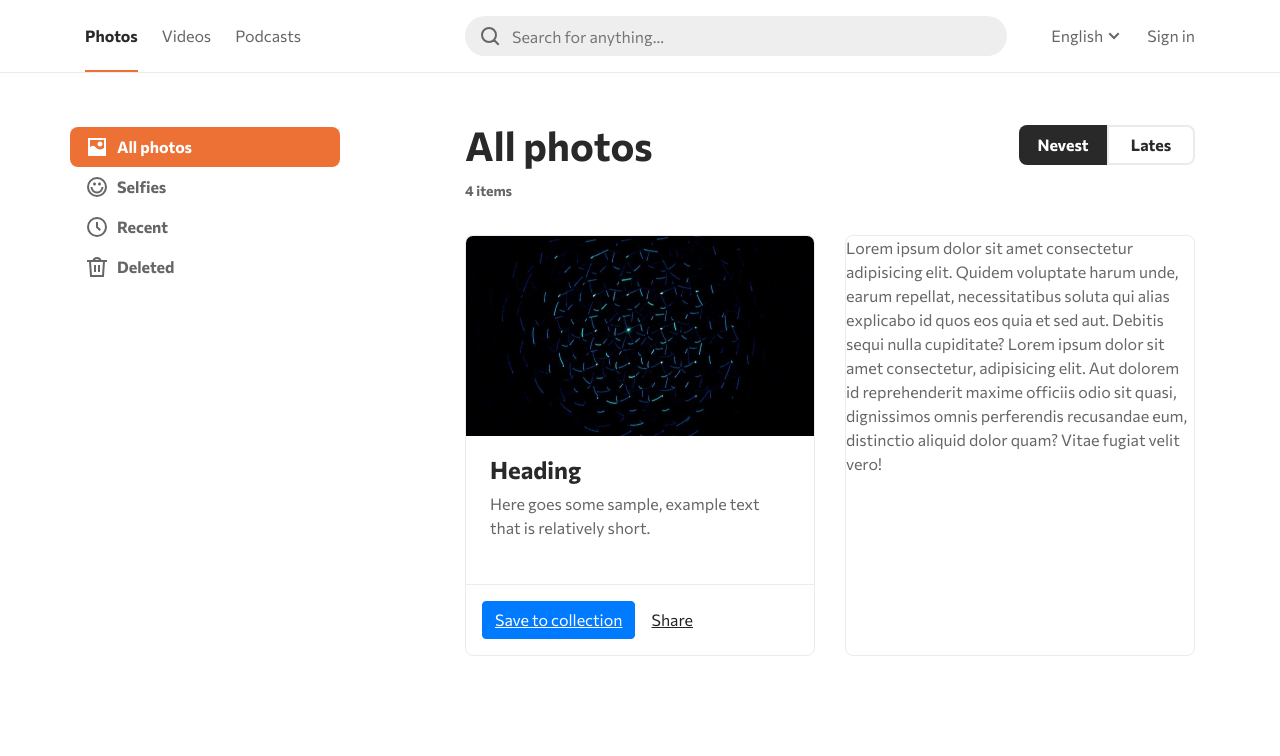
Repository: densavi/djinni
Page: index.html
The author's editor kept a copy of each file at every save. The page is drawn from the files as they stood at one save, then again after the next save.
The browser window is 1280 px wide. The pictures show the whole page.
Some web libraries are served in a nearby version. The style sheet was rebuilt from its Sass, Less or Tailwind sources for each picture, by a compiler version that may differ from the author's.

Above is the page before, as saved 2023-04-11 10:06:36.

### index.html
<!DOCTYPE html>
<html lang="en">
<head>
  <meta charset="UTF-8">
  <meta http-equiv="X-UA-Compatible" content="IE=edge">
  <meta name="viewport" content="width=device-width, initial-scale=1.0">
  <title>Photos</title>
  <link rel="stylesheet" href="https://cdn.jsdelivr.net/npm/bootstrap@4.6.2/dist/css/bootstrap.min.css" integrity="sha384-xOolHFLEh07PJGoPkLv1IbcEPTNtaed2xpHsD9ESMhqIYd0nLMwNLD69Npy4HI+N" crossorigin="anonymous">
  <link rel="stylesheet" href="css/style.css">
</head>
<body>

  <header class="header">
    <div class="container">
      <div class="row d-flex justify-content-between align-items-center">
        <div class="col-3">
          <button class="open-menu"><span></span></button>
          <nav class="header__nav">
            <ul class="nav">
              <li class="nav-item">
                <a class="nav-link active" aria-current="page" href="#">Photos</a>
              </li>
              <li class="nav-item">
                <a class="nav-link" href="#">Videos</a>
              </li>
              <li class="nav-item">
                <a class="nav-link" href="#">Podcasts</a>
              </li>
            </ul>
          </nav>
        </div>
        <div class="col-8 d-flex align-items-center justify-content-end">
          <label for="search" class="header__search">
            <img src="img/search.svg" alt="Search">
            <input type="search" placeholder="Search for anything...">
          </label>
          <div class="dropdown show">
            <a class="header__lang-link" href="#" role="button" id="dropdownMenuLink" data-toggle="dropdown" aria-haspopup="true" aria-expanded="false">
              English
              <svg width="12" height="8" viewBox="0 0 12 8" fill="none" xmlns="http://www.w3.org/2000/svg">
                <path d="M2 2L6 6L10 2" stroke="#666666" stroke-width="2" stroke-linecap="square"/>
              </svg>
            </a>

            <div class="dropdown-menu" aria-labelledby="dropdownMenuLink">
              <a class="dropdown-item" href="#">Ukraine</a>
              <a class="dropdown-item" href="#">Polish</a>
            </div>
          </div>
          <a href="#" class="header__sign-in">Sign in</a>
        </div>
      </div>
    </div>
  </header>


  <div class="wrapper">
    <div class="container">
      <div class="row d-flex justify-content-between">
        <div class="col-3 sidebar">
          <ul class="nav sidebar__tabs">
            <li class="sidebar__item">
              <a class="d-flex align-items-center sidebar__link active" data-toggle="tab" href="#all-photos">
                <svg width="24" height="24" viewBox="0 0 24 24" fill="none" xmlns="http://www.w3.org/2000/svg">
                  <path d="M15 6.5C13.6193 6.5 12.5 7.61929 12.5 9C12.5 10.3807 13.6193 11.5 15 11.5C16.3807 11.5 17.5 10.3807 17.5 9C17.5 7.61929 16.3807 6.5 15 6.5Z" fill="#666666"/>
                  <path fill-rule="evenodd" clip-rule="evenodd" d="M3 3H21V21H18.5266L18.4945 21.0002H5.5L5.46787 21H3V3ZM19 12.8362C17.8552 13.898 16.7044 14.4537 15 14.4537C13.0944 14.4537 11.6208 13.2859 10.1527 11.7048C9.15108 10.6262 7.51491 10.4335 6.29018 11.25L6.26758 11.2651L5 12.2134V5H19V12.8362Z" fill="#666666"/>
                </svg>
                All photos
              </a>
            </li>
            <li class="sidebar__item">
              <a class="d-flex align-items-center sidebar__link" data-toggle="tab" href="#selfies">
                <svg width="24" height="24" viewBox="0 0 24 24" fill="none" xmlns="http://www.w3.org/2000/svg">
                  <path d="M17.5 12C17.5 15.0376 15.0376 17.5 12 17.5C8.96243 17.5 6.5 15.0376 6.5 12M21 12C21 16.9706 16.9706 21 12 21C7.02944 21 3 16.9706 3 12C3 7.02944 7.02944 3 12 3C16.9706 3 21 7.02944 21 12Z" stroke="#666666" class="hover-fill" stroke-width="2"/>
                  <path d="M11 9C11 9.82843 10.3284 10.5 9.5 10.5C8.67157 10.5 8 9.82843 8 9C8 8.17157 8.67157 7.5 9.5 7.5C10.3284 7.5 11 8.17157 11 9Z" fill="#666666"/>
                  <path d="M16 9C16 9.82843 15.3284 10.5 14.5 10.5C13.6716 10.5 13 9.82843 13 9C13 8.17157 13.6716 7.5 14.5 7.5C15.3284 7.5 16 8.17157 16 9Z" fill="#666666"/>
                </svg>
                Selfies
              </a>
            </li>
            <li class="sidebar__item">
              <a class="d-flex align-items-center sidebar__link" data-toggle="tab" href="#recent">
                <svg width="24" height="24" viewBox="0 0 24 24" fill="none" xmlns="http://www.w3.org/2000/svg">
                  <path d="M12 8V12L14.5 14.5M21 12C21 16.9706 16.9706 21 12 21C7.02944 21 3 16.9706 3 12C3 7.02944 7.02944 3 12 3C16.9706 3 21 7.02944 21 12Z" stroke="#666666" stroke-width="2" stroke-linecap="square"/>
                </svg>
                Recent
              </a>
            </li>
            <li class="sidebar__item">
              <a class="d-flex align-items-center sidebar__link" data-toggle="tab" href="#deleted">
                <svg width="24" height="24" viewBox="0 0 24 24" fill="none" xmlns="http://www.w3.org/2000/svg">
                  <path d="M6 21L5.00221 21.0665L5.06445 22H6V21ZM18 21V22H18.9356L18.9978 21.0665L18 21ZM3 5H2V7H3V5ZM21 7H22V5H21V7ZM11 11V10H9V11H11ZM9 16V17H11V16H9ZM15 11V10H13V11H15ZM13 16V17H15V16H13ZM4.00221 6.06652L5.00221 21.0665L6.99779 20.9335L5.99779 5.93348L4.00221 6.06652ZM6 22H18V20H6V22ZM18.9978 21.0665L19.9978 6.06652L18.0022 5.93348L17.0022 20.9335L18.9978 21.0665ZM19 5H5V7H19V5ZM3 7H5V5H3V7ZM19 7H21V5H19V7ZM9 11V16H11V11H9ZM13 11V16H15V11H13ZM12 4C13.3965 4 14.5725 4.95512 14.9055 6.24926L16.8424 5.75074C16.2874 3.59442 14.3312 2 12 2V4ZM9.09445 6.24926C9.42754 4.95512 10.6035 4 12 4V2C9.66883 2 7.71258 3.59442 7.15758 5.75074L9.09445 6.24926Z" fill="#666666"/>
                </svg>
                Deleted
              </a>
            </li>
          </ul>
        </div>
        <div class="col-8">
            <div class="tab-content">
              <div role="tabpanel" class="tab-pane active" id="all-photos">


                <div class="content__head d-flex align-items-center justify-content-between">
                  <h2 class="content__title">All photos</h2>
                  <ul class="nav content__tabs">
                    <li class="content__item">
                      <a class="content__link active" data-toggle="tab" href="#nevest">Nevest</a>
                    </li>
                    <li class="content__item">
                      <a class="content__link" data-toggle="tab" href="#lates">Lates</a>
                    </li>
                  </ul>
                </div>

                <div class="content__items js-items">4 items</div>


                <div class="tab-content">
                  <div role="tabpanel" class="tab-pane active" id="nevest">
                    <div class="row">
                      <div class="col-6">
                        <div class="post d-flex flex-column">
                          <a href="#" class="post__image">
                            <img src="img/post-1.jpg" alt="">
                          </a>
                          <div class="post__info">
                            <h3 class="post__title">Heading</h3>
                            <p class="post__descr">Here goes some sample, example text that is relatively short.</p>
                          </div>
                          <div class="post__buttons">
                            <a href="#" class="btn btn-primary">Save to collection</a>
                            <a href="#" class="btn">Share</a>
                          </div>
                        </div>
                      </div>
                      <div class="col-6">
                        <div class="post">
                          Lorem ipsum dolor sit amet consectetur adipisicing elit. Quidem voluptate harum unde, earum repellat, necessitatibus soluta qui alias explicabo id quos eos quia et sed aut. Debitis sequi nulla cupiditate?
                          Lorem ipsum dolor sit amet consectetur, adipisicing elit. Aut dolorem id reprehenderit maxime officiis odio sit quasi, dignissimos omnis perferendis recusandae eum, distinctio aliquid dolor quam? Vitae fugiat velit vero!
                        </div>
                      </div>
                    </div>

                  </div>
                  <div role="tabpanel" class="tab-pane" id="lates">
                    <div class="alert alert-info">There is nothing here :)</div>
                  </div>

                </div>

              </div>

              <div role="tabpanel" class="tab-pane" id="selfies">
                <div class="alert alert-info">There is nothing here :)</div>
              </div>
              <div role="tabpanel" class="tab-pane" id="recent">
                <div class="alert alert-info">There's nothing here either :(</div>
              </div>
              <div role="tabpanel" class="tab-pane" id="deleted">
                <div class="alert alert-info">And here :(</div>
              </div>

            </div>
        </div>



      </div>
    </div>
  </div>

  <script src="https://code.jquery.com/jquery-3.6.4.min.js" integrity="sha256-oP6HI9z1XaZNBrJURtCoUT5SUnxFr8s3BzRl+cbzUq8=" crossorigin="anonymous"></script>
  <script src="https://cdnjs.cloudflare.com/ajax/libs/popper.js/1.11.0/umd/popper.min.js" integrity="sha384-b/U6ypiBEHpOf/4+1nzFpr53nxSS+GLCkfwBdFNTxtclqqenISfwAzpKaMNFNmj4" crossorigin="anonymous"></script>
  <script src="https://cdn.jsdelivr.net/npm/bootstrap@4.6.2/dist/js/bootstrap.min.js" integrity="sha384-+sLIOodYLS7CIrQpBjl+C7nPvqq+FbNUBDunl/OZv93DB7Ln/533i8e/mZXLi/P+" crossorigin="anonymous"></script>
  <script src="js/main.js"></script>
</body>
</html>

### css/style.scss
@import url('https://fonts.googleapis.com/css2?family=Commissioner:wght@400;700&display=swap');

@import 'vars';
@import 'typo';

@import 'components/header';
@import 'components/mobile-menu';
@import 'components/sidebar';
@import 'components/content';
@import 'components/post';

### css/_vars.scss
$darkBlack: #292929;
$grey: #666666;
$lightGrey: #EEEEEE;

$orange: #ED7135;

$mainFont: 'Commissioner', sans-serif;

$tablet: 992px;
$mobile: 768px;

### css/_typo.scss
body {
  font: 16px/24px $mainFont;
  color: $grey;
  padding-bottom: 100px;
}

a {
  color: $mainFont;
  text-decoration: underline;
  &:hover {
    text-decoration: none;
  }
}


.wrapper {
  padding-top: 54px;
}

### css/components/_header.scss
.header {
  border-bottom: 1px solid #EBEBEB;
  padding: 16px 0;
  &__search {
    background: $lightGrey;
    padding: 0 0 0 16px;
    display: flex;
    align-items: center;
    border-radius: 100px;
    margin: 0;
    width: 546px;
    flex: 1;
    @media (max-width: $mobile) {
      display: none;
    }
    img {
      display: flex;
    }
    input[type="search"] {
      height: 40px;
      border: 0;
      background: transparent;
      outline: none;
      width: 100%;
      padding: 0 12px;
    }
  }
  &__sign-in {
    text-decoration: none;
    color: $grey;
    transition: color .3s ease;
    margin-left: 27px;
    @media (max-width: $tablet) {
      margin-left: 15px;
    }
    &:hover {
      color: $orange;
    }
  }
  &__lang-link {
    color: $grey;
    text-decoration: none;
    transition: color .3s ease;
    svg {
      margin-left: 2px;
      transform: translateY(-2px);
      path {
        transition: transform .3s ease;
      }
    }
    &:hover {
      color: $orange;
      svg {
        path {
          stroke: $orange;
        }
      }
    }
  }
  .dropdown-item {
    text-decoration: none;
  }
  .dropdown {
    margin-left: 44px;
    @media (max-width: $tablet) {
      margin-left: 20px;
    }
    @media (max-width: $mobile) {
      display: none;
    }
  }
  &__nav {
    @media (max-width: $mobile) {
      display: none;
    }
    .nav-item {
      &:not(:last-child) {
        margin-right: 24px;
        @media (max-width: $tablet) {
          margin-right: 13px;
        }
      }
    }
    .nav-link {
      padding: 0;
      text-decoration: none;
      color: $grey;
      position: relative;
      &:before {
        content: '';
        position: absolute;
        bottom: -24px;
        width: 0;
        height: 2px;
        background: $orange;
        left: 0;
        transition: all .3s ease;
      }
      &.active {
        font-weight: 700;
        color: $darkBlack;
      }
      &:hover,
      &.active {
        &:before {
          width: 100%;
        }
      }
    }
  }
}

### css/components/_mobile-menu.scss
.open-menu {
  width: 30px;
  height: 20px;
  border: 0;
  position: relative;
  background: transparent;
  display: none;
  cursor: pointer;
  @media (max-width: $mobile) {
    display: block;
  }
  span,
  &:before,
  &:after {
    content: '';
    position: absolute;
    left: 0;
    height: 4px;
    background: $grey;
    width: 100%;
    top: 50%;
    margin-top: -2px;
    transition: all .5s ease;
    border-radius: 4px;
  }
  &:before {
    top: 0;
    margin: 0;
  }
  &:after {
    top: auto;
    margin: 0;
    bottom: 0;
  }
  &.active {
    span {
      opacity: 0;
    }
    &:before {
      transform: rotate(50deg);
      top: 50%;
    }
    &:after {
      transform: rotate(-50deg);
      top: 50%;
    }
  }
}

### css/components/_sidebar.scss
.sidebar {
  &__item {
    margin-left: -15px;
    width: calc(100% + 15px);
  }
  &__link {
    height: 40px;
    border-radius: 8px;
    padding: 0 15px;
    color: $grey;
    text-decoration: none;
    font-weight: 700;
    display: flex;
    svg {
      margin-right: 8px;
    }
    &.active,
    &:hover {
      background: $orange;
      color: #fff;
      svg {
        path {
          fill: #fff;
        }
        .hover-fill {
          fill: #ED7135 !important;
          stroke: #fff;
        }
      }
    }
    &.active:hover {
      color: #fff;
    }
  }
}

### css/components/_content.scss
.content {
  &__head {
    margin-bottom: 4px;
    margin-top: -12px;
  }
  &__title {
    margin: 0;
    color: $darkBlack;
    font-size: 40px;
    line-height: 1.5;
    font-weight: 700;
  }
  &__items {
    margin-bottom: 32px;
    font-weight: 700;
    color: $grey;
    font-size: 14px;
  }
  &__link {
    display: flex;
    height: 40px;
    width: max-content;
    text-decoration: none;
    font-weight: bold;
    border: 2px solid #EBEBEB;
    align-items: center;
    color: $darkBlack;
    width: 88px;
    text-align: center;
    justify-content: center;
    &.active {
      background: $darkBlack;
      color: #fff;
      text-decoration: none;
      border-color: transparent;
    }
  }
  &__item {
    &:first-child {
      .content__link {
        border-radius: 8px 0 0 8px;
      }
    }
    &:last-child {
      .content__link {
        border-radius: 0 8px 8px 0;
      }
    }
  }
}

### css/components/_post.scss
.post {
  border: 1px solid #EBEBEB;
  border-radius: 8px;
  overflow: hidden;
  height: 100%;
  margin-bottom: 24px;
  &__info {
    flex: 1;
  }
  &__descr {
    margin: 0;
  }
  &__image {
    display: flex;
    height: 200px;
    margin-bottom: 16px;
    img {
      width: 100%;
      height: 100%;
      object-fit: cover;
    }
  }
  &__info {
    padding: 0 24px 20px;
  }
  &__title {
    font-weight: 700;
    font-size: 24px;
    line-height: 36px;
    margin: 0 0 4px;
    color: $darkBlack;
  }
  &__buttons {
    border-top: 1px solid #EBEBEB;
    padding: 16px;
  }
}

Loaded but not shown: js/main.js (no stored copy; drawn as an empty file)

After the next save:
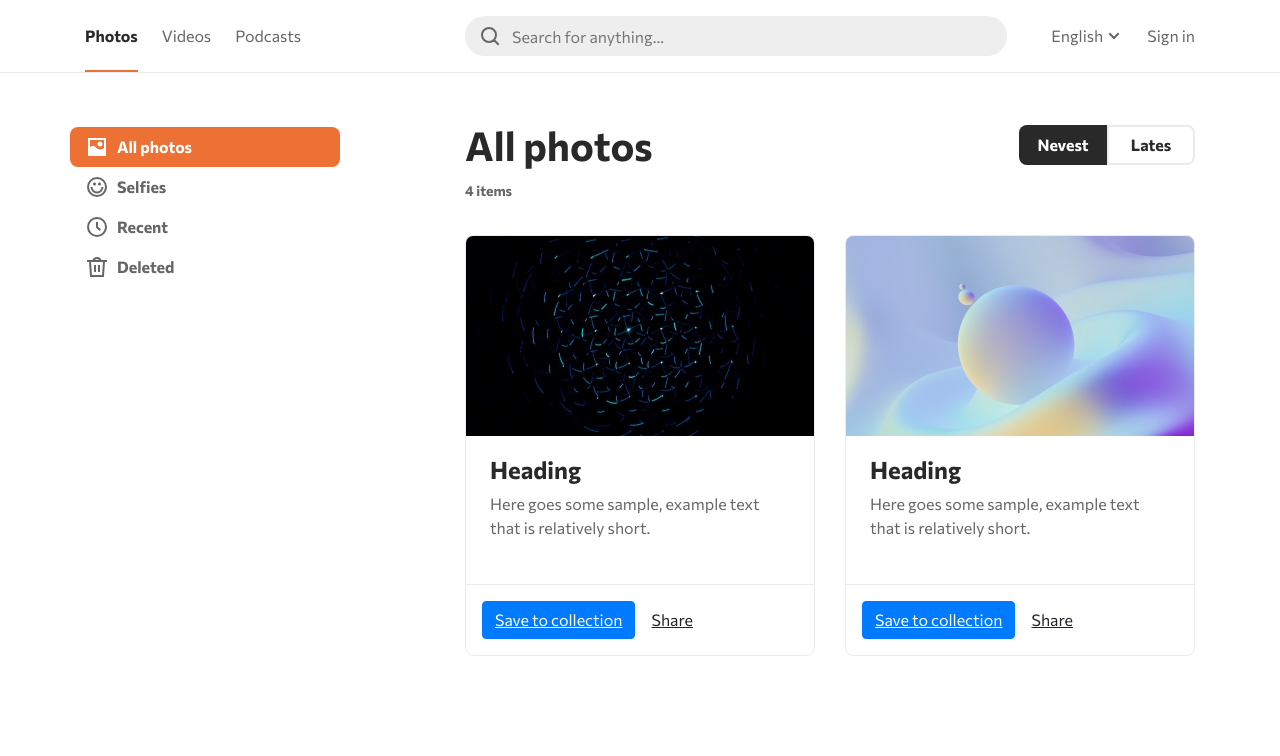
Saved 3 min 32 s later.
--- a/index.html
+++ b/index.html
@@ -135,9 +135,18 @@
                         </div>
                       </div>
                       <div class="col-6">
-                        <div class="post">
-                          Lorem ipsum dolor sit amet consectetur adipisicing elit. Quidem voluptate harum unde, earum repellat, necessitatibus soluta qui alias explicabo id quos eos quia et sed aut. Debitis sequi nulla cupiditate?
-                          Lorem ipsum dolor sit amet consectetur, adipisicing elit. Aut dolorem id reprehenderit maxime officiis odio sit quasi, dignissimos omnis perferendis recusandae eum, distinctio aliquid dolor quam? Vitae fugiat velit vero!
+                        <div class="post d-flex flex-column">
+                          <a href="#" class="post__image">
+                            <img src="img/post-2.jpg" alt="">
+                          </a>
+                          <div class="post__info">
+                            <h3 class="post__title">Heading</h3>
+                            <p class="post__descr">Here goes some sample, example text that is relatively short.</p>
+                          </div>
+                          <div class="post__buttons">
+                            <a href="#" class="btn btn-primary">Save to collection</a>
+                            <a href="#" class="btn">Share</a>
+                          </div>
                         </div>
                       </div>
                     </div>
